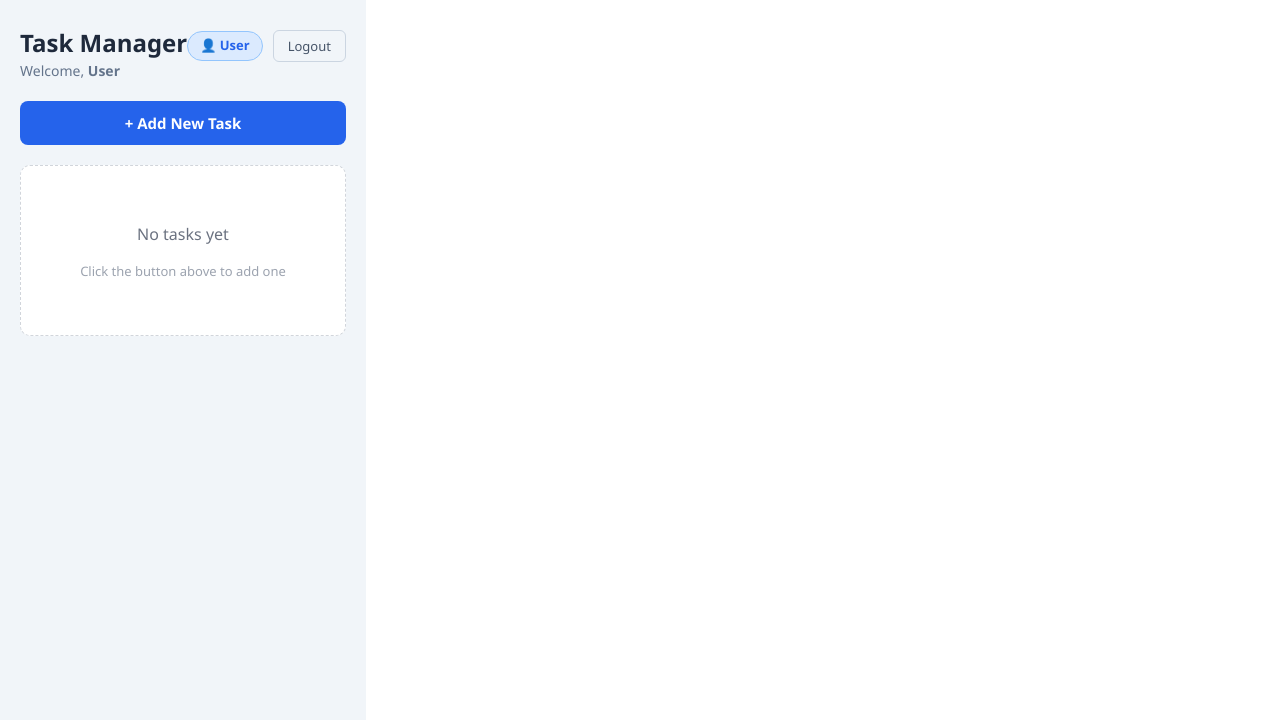
Repository: happy22867/Taskify-Backend-Project
Page: /dashboard (app in frontend/)
An editor plug-in stored every save of this project. The page is shown before and after a run of saves, followed by the edit.
The browser window is 1280 px wide. The pictures show the whole page.
The page's requests for data from a server got no answer. The project was rebuilt for these pictures with package versions that can differ from the ones it lists, and the page was loaded fresh each time. No one was signed in, and anything a server would have sent is missing. Also part of the build but not shown: frontend/vite.config.js, frontend/src/pages/Login.jsx, frontend/src/pages/Register.jsx.

Above is the page before, as saved 2026-02-20 17:26:37.

### frontend/src/App.jsx
import { BrowserRouter, Routes, Route } from "react-router-dom";
import Login from "./pages/Login";
import Register from "./pages/Register";
import Dashboard from "./pages/Dashboard";

function App() {
  return (
    <BrowserRouter>
      <Routes>
        <Route path="/" element={<Login />} />
        <Route path="/register" element={<Register />} />
        <Route path="/dashboard" element={<Dashboard />} />
      </Routes>
    </BrowserRouter>
  );
}

export default App;

### frontend/src/pages/Dashboard.jsx
import { useEffect, useState } from "react";
import axios from "../api/axios";

export default function Dashboard() {
  const [tasks, setTasks] = useState([]);
  const [showForm, setShowForm] = useState(false);
  const [editId, setEditId] = useState(null);
  const [loading, setLoading] = useState(false);

  const [form, setForm] = useState({
    title: "",
    description: "",
  });

  // localStorage se user ka token aur info lo
  const token = localStorage.getItem("token");
  const user = JSON.parse(localStorage.getItem("user") || "{}");
  const role = user?.role;
  const userId = user?.id || user?._id;

  const headers = { Authorization: `Bearer ${token}` };

  // agar token nahi hai toh login page pe bhejo
  useEffect(() => {
    if (!token) {
      window.location = "/";
    }
  }, []);

  // server se tasks fetch karo
  // admin ko backend saare users ke tasks bhejta hai, normal user ko sirf apne
  const fetchTasks = async () => {
    setLoading(true);
    try {
      const res = await axios.get("/tasks", { headers });
      setTasks(res.data);
    } catch (err) {
      alert("Error fetching tasks");
    } finally {
      setLoading(false);
    }
  };

  useEffect(() => {
    fetchTasks();
  }, []);

  // naya task add karne ke liye form kholo, fields reset karo
  const openAddForm = () => {
    setForm({ title: "", description: "" });
    setEditId(null);
    setShowForm(true);
  };

  // edit karne ke liye form kholo aur task ka purana data fill karo
  const openEditForm = (task) => {
    setForm({ title: task.title, description: task.description });
    setEditId(task._id);
    setShowForm(true);
  };

  // editId hai toh update karo, warna naya task create karo
  const handleSubmit = async () => {
    if (!form.title.trim() || !form.description.trim()) {
      return alert("Please fill all fields");
    }

    try {
      if (editId) {
        await axios.put(`/tasks/${editId}`, form, { headers });
      } else {
        await axios.post("/tasks", form, { headers });
      }
      setShowForm(false);
      fetchTasks();
    } catch (err) {
      alert("Something went wrong");
    }
  };

  // delete karo:
  // admin - koi bhi task delete kar sakta hai
  // normal user - sirf apna task delete kar sakta hai
  const deleteTask = async (id) => {
    if (!window.confirm("Are you sure you want to delete this task?")) return;
    try {
      await axios.delete(`/tasks/${id}`, { headers });
      fetchTasks();
    } catch (err) {
      alert("Delete failed");
    }
  };

  // yeh check karta hai ki current user ko delete button dikhana chahiye ya nahi
  // admin ko hamesha dikhao, normal user ko sirf uske apne tasks pe
  const canDelete = (task) => {
    if (role === "admin") return true;
    return task.user === userId || task.userId === userId || task.createdBy === userId;
  };

  // localStorage clear karo aur login pe wapas bhejo
  const handleLogout = () => {
    localStorage.clear();
    window.location = "/";
  };

  return (
    <div style={styles.page}>
      <div style={styles.container}>

        {/* top header - title, user name, role badge aur logout */}
        <div style={styles.header}>
          <div>
            <h1 style={styles.appTitle}>Task Manager</h1>
            <p style={styles.welcomeText}>Welcome, <strong>{user?.name || "User"}</strong></p>
          </div>
          <div style={styles.headerRight}>
            {/* role badge - admin ko red dikhao, normal user ko blue */}
            <span style={{
              ...styles.roleBadge,
              background: role === "admin" ? "#fee2e2" : "#dbeafe",
              color: role === "admin" ? "#dc2626" : "#2563eb",
              border: `1px solid ${role === "admin" ? "#fca5a5" : "#93c5fd"}`
            }}>
              {role === "admin" ? "🔑 Admin" : "👤 User"}
            </span>
            <button style={styles.logoutBtn} onClick={handleLogout}>
              Logout
            </button>
          </div>
        </div>

        {/* sirf admin ko yeh special banner dikhao */}
        {role === "admin" && (
          <div style={styles.adminBanner}>
             Admin Mode — All users' tasks visible. You can delete any task.
          </div>
        )}

        {/* naya task banane ka button */}
        <button style={styles.addBtn} onClick={openAddForm}>
          + Add New Task
        </button>

        {/* tasks load ho rahe hain tab loading text dikhao */}
        {loading && <p style={{ textAlign: "center", color: "#6b7280" }}>Loading tasks...</p>}

        {/* agar koi task nahi hai toh yeh empty state dikhao */}
        {!loading && tasks.length === 0 && (
          <div style={styles.emptyState}>
            <p>No tasks yet</p>
            <p style={{ fontSize: "13px", color: "#9ca3af" }}>Click the button above to add one</p>
          </div>
        )}

        {/* saare tasks ki list map karo */}
        {tasks.map((task) => (
          <div key={task._id} style={styles.taskCard}>
            <div style={styles.taskContent}>
              {/* task ka title aur description yahan dikhega */}
              <h3 style={styles.taskTitle}>{task.title}</h3>
              <p style={styles.taskDesc}>{task.description}</p>

              {/* admin view mein dikhao ki yeh task kis user ka hai */}
              {role === "admin" && task.userName && (
                <span style={styles.ownerTag}>👤 {task.userName}</span>
              )}
            </div>

            {/* update aur delete buttons */}
            <div style={styles.taskActions}>
              <button style={styles.updateBtn} onClick={() => openEditForm(task)}>
                ✏️ Update
              </button>

              {/* canDelete function se check karo - admin ya task owner dono delete kar sakte hain */}
              {canDelete(task) && (
                <button style={styles.deleteBtn} onClick={() => deleteTask(task._id)}>
                  🗑️ Delete
                </button>
              )}
            </div>
          </div>
        ))}
      </div>

      {/* modal popup - task add karne ya edit karne ke liye */}
      {showForm && (
        <div style={styles.overlay}>
          <div style={styles.modal}>
            <h2 style={styles.modalTitle}>
              {editId ? "Update Task" : "Add New Task"}
            </h2>

            <label style={styles.label}>Title</label>
            <input
              style={styles.input}
              placeholder="Enter task title"
              value={form.title}
              onChange={(e) => setForm({ ...form, title: e.target.value })}
            />

            <label style={styles.label}>Description</label>
            <textarea
              style={{ ...styles.input, height: "80px", resize: "vertical" }}
              placeholder="Describe what needs to be done"
              value={form.description}
              onChange={(e) => setForm({ ...form, description: e.target.value })}
            />

            <div style={{ display: "flex", gap: "10px", marginTop: "5px" }}>
              <button style={styles.saveBtn} onClick={handleSubmit}>
                {editId ? "Update" : "Save"}
              </button>
              <button style={styles.cancelBtn} onClick={() => setShowForm(false)}>
                Cancel
              </button>
            </div>
          </div>
        </div>
      )}
    </div>
  );
}

const styles = {
  page: {
    minHeight: "100vh",
    background: "#f1f5f9",
    fontFamily: "'Segoe UI', sans-serif",
  },
  container: {
    maxWidth: "640px",
    margin: "0 auto",
    padding: "30px 20px",
  },

  // header section styles
  header: {
    display: "flex",
    justifyContent: "space-between",
    alignItems: "flex-start",
    marginBottom: "20px",
  },
  appTitle: {
    fontSize: "24px",
    fontWeight: "700",
    color: "#1e293b",
    margin: 0,
  },
  welcomeText: {
    color: "#64748b",
    fontSize: "14px",
    margin: "4px 0 0",
  },
  headerRight: {
    display: "flex",
    alignItems: "center",
    gap: "10px",
  },
  roleBadge: {
    padding: "4px 12px",
    borderRadius: "20px",
    fontSize: "13px",
    fontWeight: "600",
  },
  logoutBtn: {
    padding: "6px 14px",
    background: "transparent",
    border: "1px solid #cbd5e1",
    borderRadius: "6px",
    cursor: "pointer",
    fontSize: "13px",
    color: "#475569",
  },

  // admin banner styles
  adminBanner: {
    background: "#fef3c7",
    border: "1px solid #fbbf24",
    color: "#92400e",
    padding: "10px 14px",
    borderRadius: "8px",
    marginBottom: "16px",
    fontSize: "14px",
  },

  // add task button
  addBtn: {
    width: "100%",
    padding: "12px",
    background: "#2563eb",
    color: "#fff",
    border: "none",
    borderRadius: "8px",
    fontSize: "15px",
    fontWeight: "600",
    cursor: "pointer",
    marginBottom: "20px",
  },

  // individual task card styles
  taskCard: {
    background: "#fff",
    borderRadius: "10px",
    padding: "16px",
    marginBottom: "12px",
    display: "flex",
    justifyContent: "space-between",
    alignItems: "flex-start",
    boxShadow: "0 1px 3px rgba(0,0,0,0.08)",
    border: "1px solid #e2e8f0",
  },
  taskContent: {
    flex: 1,
    marginRight: "12px",
  },
  taskTitle: {
    margin: "0 0 6px",
    fontSize: "16px",
    fontWeight: "600",
    color: "#1e293b",
  },
  taskDesc: {
    margin: 0,
    fontSize: "14px",
    color: "#64748b",
    lineHeight: "1.5",
  },
  // admin view mein task owner ka naam dikhane ke liye tag
  ownerTag: {
    display: "inline-block",
    marginTop: "8px",
    fontSize: "12px",
    color: "#7c3aed",
    background: "#f5f3ff",
    border: "1px solid #ddd6fe",
    borderRadius: "12px",
    padding: "2px 8px",
  },
  taskActions: {
    display: "flex",
    flexDirection: "column",
    gap: "8px",
  },
  updateBtn: {
    padding: "6px 12px",
    background: "#eff6ff",
    color: "#2563eb",
    border: "1px solid #bfdbfe",
    borderRadius: "6px",
    cursor: "pointer",
    fontSize: "13px",
    fontWeight: "500",
    whiteSpace: "nowrap",
  },
  deleteBtn: {
    padding: "6px 12px",
    background: "#fef2f2",
    color: "#dc2626",
    border: "1px solid #fecaca",
    borderRadius: "6px",
    cursor: "pointer",
    fontSize: "13px",
    fontWeight: "500",
    whiteSpace: "nowrap",
  },

  // empty state jab koi task na ho
  emptyState: {
    textAlign: "center",
    padding: "40px",
    color: "#6b7280",
    background: "#fff",
    borderRadius: "10px",
    border: "1px dashed #d1d5db",
  },

  // modal overlay aur box ke styles
  overlay: {
    position: "fixed",
    top: 0, left: 0, right: 0, bottom: 0,
    background: "rgba(0,0,0,0.5)",
    display: "flex",
    justifyContent: "center",
    alignItems: "center",
    zIndex: 1000,
  },
  modal: {
    background: "#fff",
    borderRadius: "12px",
    padding: "24px",
    width: "360px",
    display: "flex",
    flexDirection: "column",
    gap: "8px",
    boxShadow: "0 20px 60px rgba(0,0,0,0.2)",
  },
  modalTitle: {
    fontSize: "18px",
    fontWeight: "700",
    color: "#1e293b",
    margin: "0 0 8px",
  },
  label: {
    fontSize: "13px",
    fontWeight: "600",
    color: "#475569",
  },
  input: {
    padding: "10px 12px",
    border: "1px solid #e2e8f0",
    borderRadius: "7px",
    fontSize: "14px",
    width: "100%",
    boxSizing: "border-box",
    outline: "none",
    fontFamily: "inherit",
  },
  saveBtn: {
    flex: 1,
    padding: "10px",
    background: "#2563eb",
    color: "#fff",
    border: "none",
    borderRadius: "7px",
    fontSize: "14px",
    fontWeight: "600",
    cursor: "pointer",
  },
  cancelBtn: {
    flex: 1,
    padding: "10px",
    background: "#f1f5f9",
    color: "#475569",
    border: "1px solid #e2e8f0",
    borderRadius: "7px",
    fontSize: "14px",
    cursor: "pointer",
  },
};

### frontend/src/api/axios.js
import axios from "axios";

const instance = axios.create({
  baseURL: "http://localhost:5000/api/v1"
});

export default instance;

Loaded but not shown: frontend/index.html (common file); frontend/src/main.jsx (common file); frontend/src/index.css (common file)

After the next 4 saves:
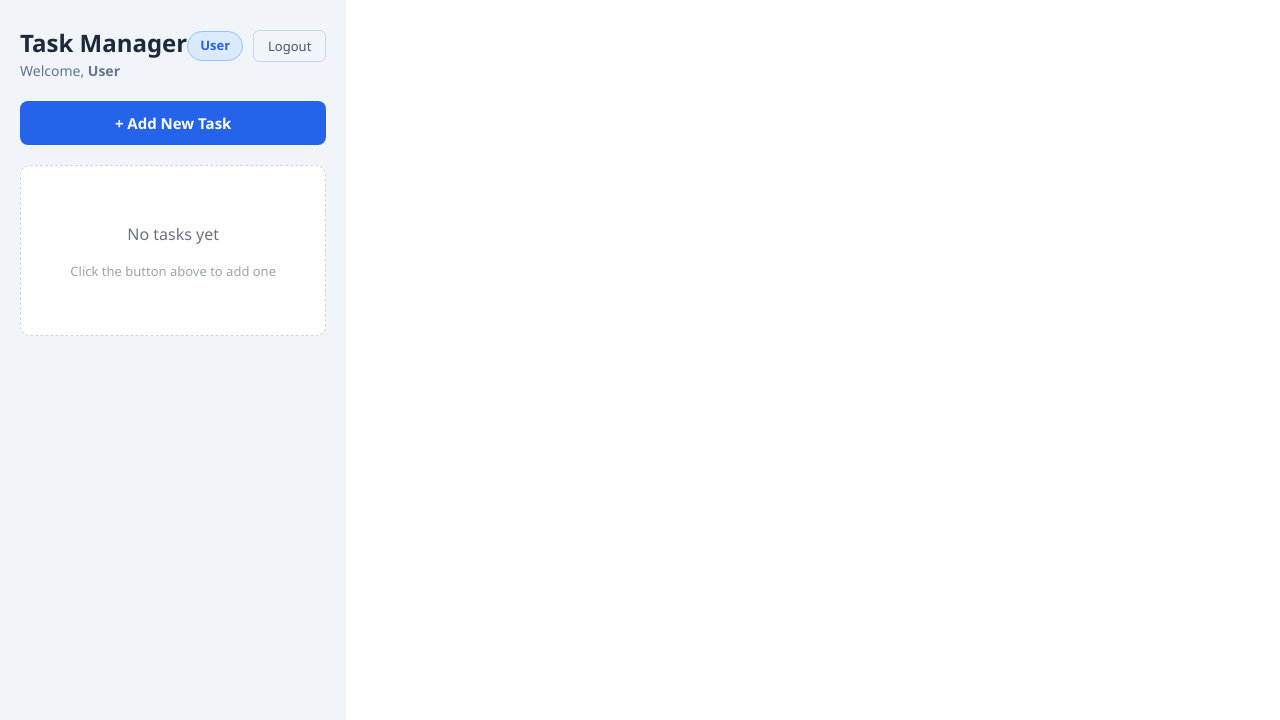
The 4 saves are shown as one change because they came seconds apart.
The last was saved 10 s later.
--- a/frontend/src/pages/Dashboard.jsx
+++ b/frontend/src/pages/Dashboard.jsx
@@ -122,7 +122,7 @@
               color: role === "admin" ? "#dc2626" : "#2563eb",
               border: `1px solid ${role === "admin" ? "#fca5a5" : "#93c5fd"}`
             }}>
-              {role === "admin" ? "🔑 Admin" : "👤 User"}
+              {role === "admin" ? "Admin" : "User"}
             </span>
             <button style={styles.logoutBtn} onClick={handleLogout}>
               Logout

After the save that followed:
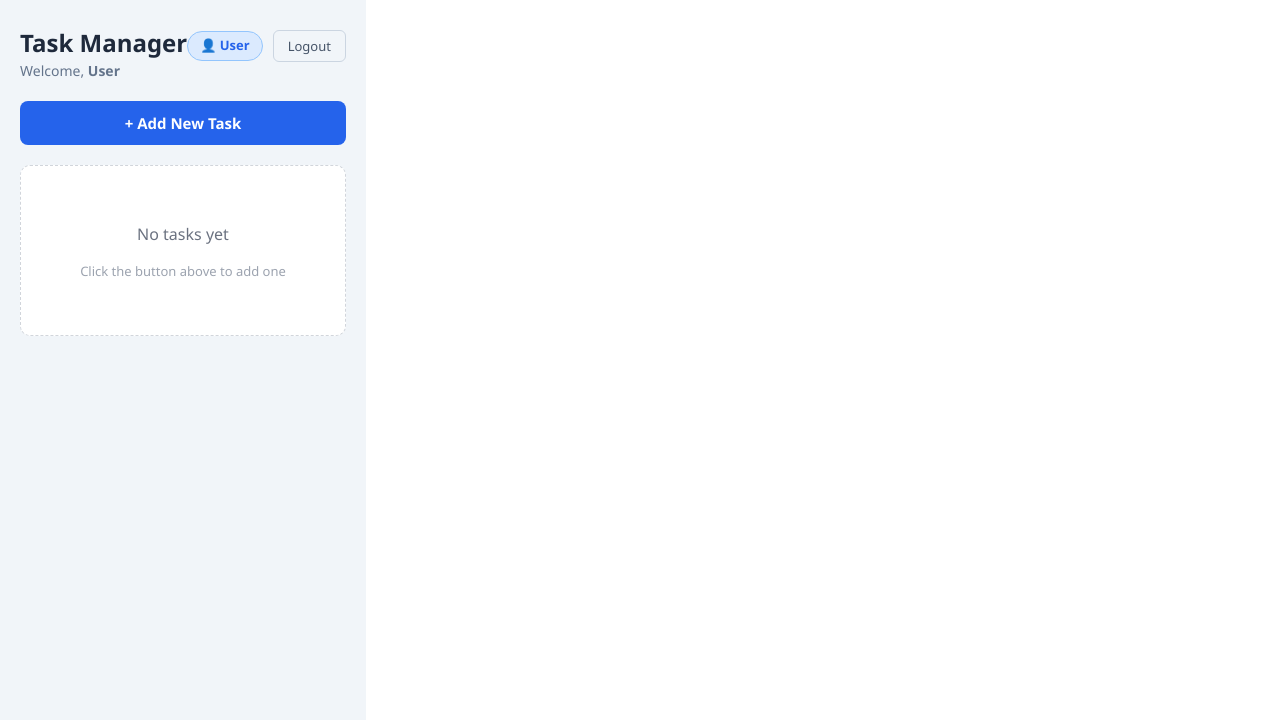
Saved 8 min 16 s later.
--- a/frontend/src/pages/Dashboard.jsx
+++ b/frontend/src/pages/Dashboard.jsx
@@ -78,25 +78,14 @@
     }
   };
 
-  // delete karo:
-  // admin - koi bhi task delete kar sakta hai
-  // normal user - sirf apna task delete kar sakta hai
-  const deleteTask = async (id) => {
-    if (!window.confirm("Are you sure you want to delete this task?")) return;
-    try {
-      await axios.delete(`/tasks/${id}`, { headers });
-      fetchTasks();
-    } catch (err) {
-      alert("Delete failed");
-    }
-  };
-
-  // yeh check karta hai ki current user ko delete button dikhana chahiye ya nahi
-  // admin ko hamesha dikhao, normal user ko sirf uske apne tasks pe
-  const canDelete = (task) => {
-    if (role === "admin") return true;
+  // sirf task owner hi delete ya update kar sakta hai
+  // admin delete kar sakta hai (moderation ke liye) but update nahi
+  const isOwner = (task) => {
     return task.user === userId || task.userId === userId || task.createdBy === userId;
   };
+
+  const canUpdate = (task) => isOwner(task);             // sirf owner update kar sakta hai
+  const canDelete = (task) => role === "admin" || isOwner(task); // admin ya owner dono delete kar sakte hain
 
   // localStorage clear karo aur login pe wapas bhejo
   const handleLogout = () => {
@@ -122,7 +111,7 @@
               color: role === "admin" ? "#dc2626" : "#2563eb",
               border: `1px solid ${role === "admin" ? "#fca5a5" : "#93c5fd"}`
             }}>
-              {role === "admin" ? "Admin" : "User"}
+              {role === "admin" ? "🔑 Admin" : "👤 User"}
             </span>
             <button style={styles.logoutBtn} onClick={handleLogout}>
               Logout
@@ -133,7 +122,7 @@
         {/* sirf admin ko yeh special banner dikhao */}
         {role === "admin" && (
           <div style={styles.adminBanner}>
-             Admin Mode — All users' tasks visible. You can delete any task.
+            🔥 Admin Mode — All users' tasks visible. You can delete any task.
           </div>
         )}
 
@@ -167,18 +156,23 @@
               )}
             </div>
 
-            {/* update aur delete buttons */}
+            {/* action buttons - canUpdate aur canDelete se control hote hain */}
             <div style={styles.taskActions}>
-              <button style={styles.updateBtn} onClick={() => openEditForm(task)}>
-                ✏️ Update
-              </button>
-
-              {/* canDelete function se check karo - admin ya task owner dono delete kar sakte hain */}
+
+              {/* update button sirf task owner ko dikhao, admin ko nahi */}
+              {canUpdate(task) && (
+                <button style={styles.updateBtn} onClick={() => openEditForm(task)}>
+                  ✏️ Update
+                </button>
+              )}
+
+              {/* delete button admin ya task owner dono ko dikhao */}
               {canDelete(task) && (
                 <button style={styles.deleteBtn} onClick={() => deleteTask(task._id)}>
                   🗑️ Delete
                 </button>
               )}
+
             </div>
           </div>
         ))}
